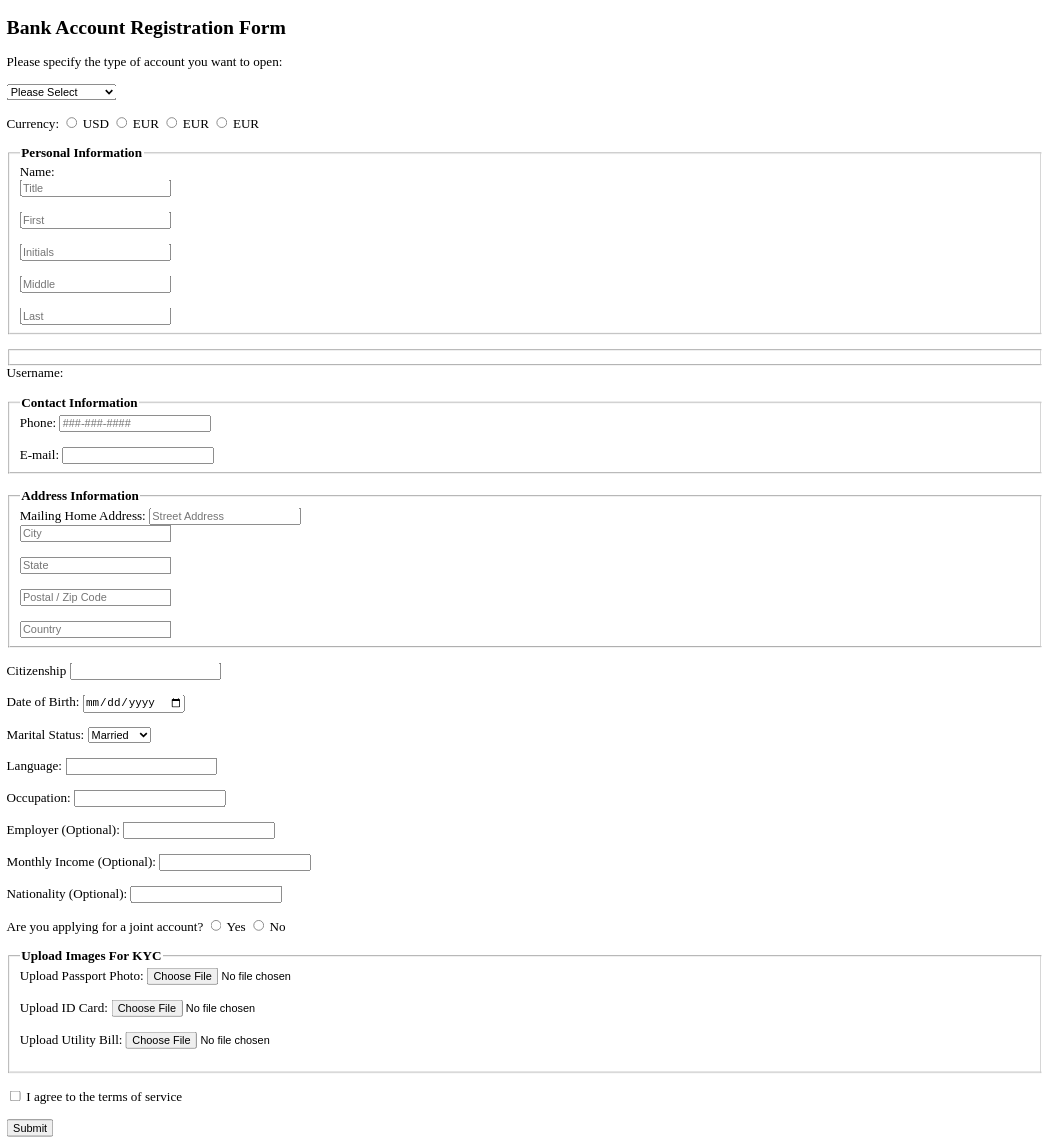
Repository: hizeetech/First-Assignment
Page: sign_up.html
An editor plug-in stored every save of this project. The page is shown before and after a run of saves, followed by the edit.
The browser window is 1280 px wide. The pictures show the whole page, at 82% of full size.

Above is the page before, as saved 2024-11-09 03:34:08.

### sign_up.html
<!-- sign_up.html -->
<!DOCTYPE html>
<html lang="en">
<head>
    <meta charset="UTF-8">
    <meta name="viewport" content="width=device-width, initial-scale=1.0">
    <title>Bank Account Registration Form</title>

</head>
<body>

<div>
    <h2>Bank Account Registration Form</h2>
    <form action="#" method="post">

        <div>
            <label for="account-type">Please specify the type of account you want to open:</label><br><br>
            <select id="account-type" name="account_type" required>
                <option value="">Please Select</option>
                <option value="savings">Savings Account</option>
                <option value="current">Current Account</option>
                <option value="corporate">Corporate Account</option>
            </select>
        </div>
        <br>
        <div>
            <label>Currency:</label>
            <label><input type="radio" name="currency" value="NGN" required> USD</label>
            <label><input type="radio" name="currency" value="USD"> EUR</label>
            <label><input type="radio" name="currency" value="EUR"> EUR</label>
            <label><input type="radio" name="currency" value="POUNDS"> EUR</label>
        </div>
        <br>
        <div>
            <fieldset>
                <legend><b>Personal Information</b></legend>
            <label for="title">Name:</label>
            <div class="inline"><input type="text" id="title" name="title" placeholder="Title"></div><br>
            <div class="inline"><input type="text" name="first_name" placeholder="First" required></div><br>
            <div class="inline"><input type="text" name="initials" placeholder="Initials"></div><br>
            <div class="inline"><input type="text" name="middle_name" placeholder="Middle"></div><br>
            <input type="text" name="last_name" placeholder="Last" required><br>
            </fieldset>
        </div>
        <br>
        <div>
            <fieldset>

            </fieldset>
            <label for="username">Username:</label>
        </div>
        <br>
        <div>
            <fieldset>
                <legend><b>Contact Information</b></legend>
            <label for="phone">Phone:</label>
            <input type="tel" id="phone" name="phone" placeholder="###-###-####" required>
        <br><br>
            <label for="email">E-mail:</label>
            <input type="email" id="email" name="email" required>
        </fieldset>
        </div>
        <br>
        <div>
            <fieldset>
                <legend><b>Address Information</b></legend>
            <label for="address">Mailing Home Address:</label>
            <input type="text" id="address" name="address" placeholder="Street Address" required><br>
            <div class="inline"><input type="text" name="city" placeholder="City" required></div><br>
            <div class="inline"><input type="text" name="state" placeholder="State" required></div><br>
            <div class="inline"><input type="text" name="postal_code" placeholder="Postal / Zip Code" required></div><br>
            <input type="text" name="country" placeholder="Country" required><br>
        </fieldset>
        </div>
        <br>
        <div>
            <label for="citizenship">Citizenship</label>
            <input type="citizenship" id="citizenship" name="citizenship" required>
        </div>
        <br>
        <div>
            <label for="dob">Date of Birth:</label>
            <input type="date" id="dob" name="dob" required>
        </div>
        <br>
        <div>
            <label for="marital-status">Marital Status:</label>
            <select id="marital-status" name="marital_status" required>
                <option value="married">Married</option>
                <option value="single">Single</option>
                <option value="divorced">Divorced</option>
                <option value="widowed">Widowed</option>
            </select>
        </div>
        <br>
        <div>
            <label for="language">Language:</label>
            <input type="text" id="language" name="language" required>
        </div>
        <br>
        <div>
            <label for="occupation">Occupation:</label>
            <input type="text" id="occupation" name="occupation" required>
        </div>
        <br>
        <div>
            <label for="employer">Employer (Optional):</label>
            <input type="text" id="employer" name="employer">
        </div>
        <br>
        <div>
            <label for="income">Monthly Income (Optional):</label>
            <input type="text" id="income" name="monthly_income">
        </div>
        <br>
        <div>
            <label for="nationality">Nationality (Optional):</label>
            <input type="text" id="nationality" name="nationality">
        </div>
        <br>
        <div>
            <label>Are you applying for a joint account?</label>
            <label><input type="radio" name="joint_account" value="yes"> Yes</label>
            <label><input type="radio" name="joint_account" value="no"> No</label>
        </div>
        <br>
        <div>
            <fieldset>
                <legend><b>Upload Images For KYC</b></legend>
            <label for="passportPhoto">Upload Passport Photo:</label>
            <input type="file" id="passportPhoto" name="passportPhoto" accept="image/*" required><br><br>

            <label for="idCard">Upload ID Card:</label>
            <input type="file" id="idCard" name="idCard" accept="image/*" required><br><br>

            <label for="utilityBill">Upload Utility Bill:</label>
            <input type="file" id="utilityBill" name="utilityBill" accept="image/*" required><br><br>
            </fieldset>
        </div>
        <br>
        <div>
            <input type="checkbox" id="terms" name="terms" required>
            <label for="terms">I agree to the terms of service</a></label>
        </div>
        <br>
        <button type="submit" class="submit-btn">Submit</button>
    </form>
</div>

</body>
</html>

After the next 3 saves:
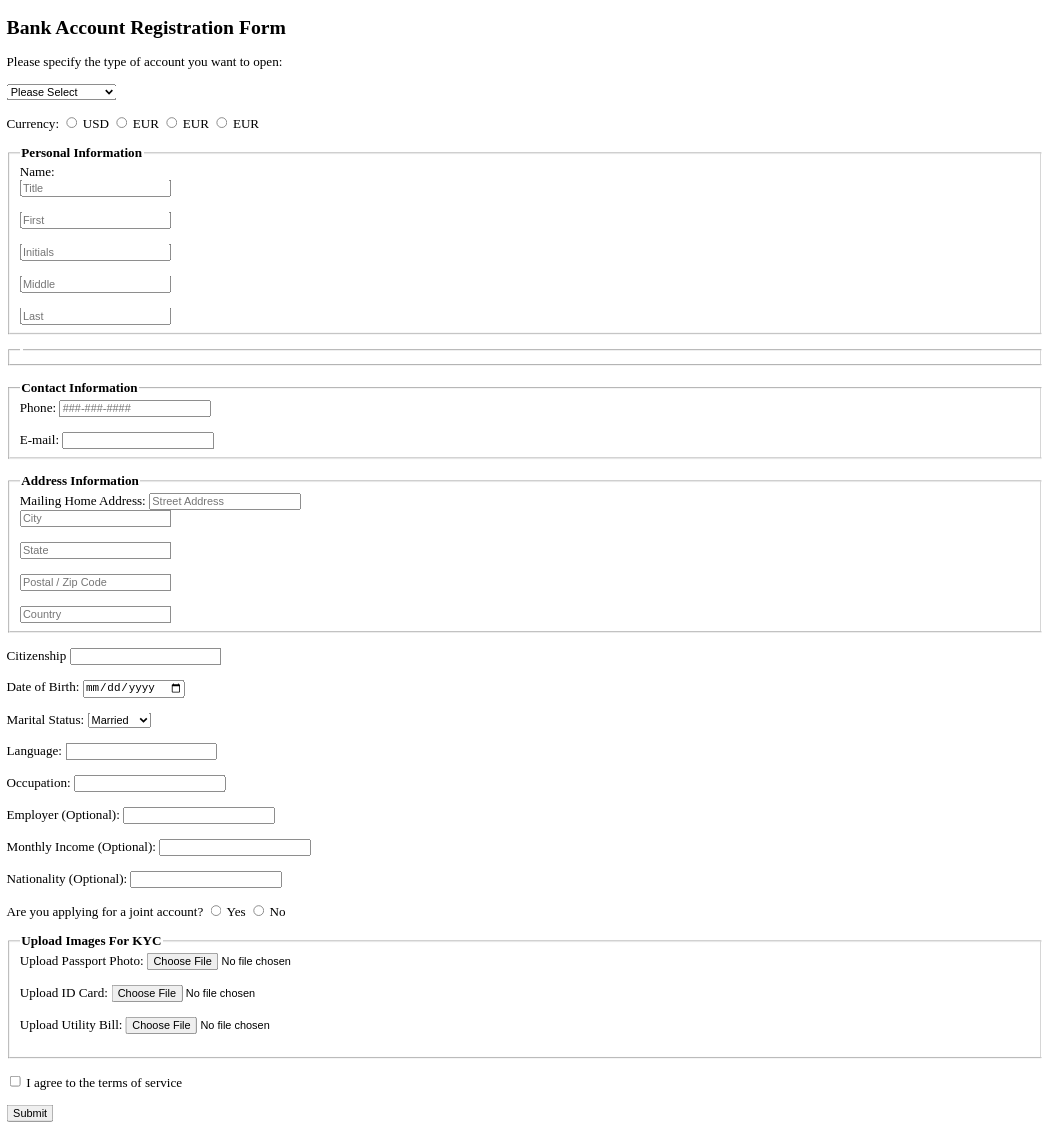
The 3 saves are shown as one change because they came seconds apart.
The last was saved 11 s later.
--- a/sign_up.html
+++ b/sign_up.html
@@ -45,9 +45,10 @@
         <br>
         <div>
             <fieldset>
+                <legend></legend>
 
             </fieldset>
-            <label for="username">Username:</label>
+
         </div>
         <br>
         <div>
